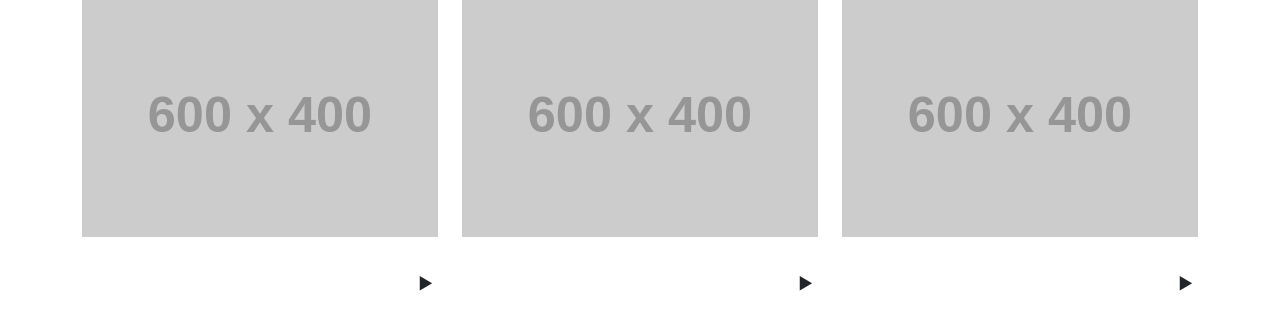
Repository: fbansept/ran4_24
Page: index.html
These files come from the project's save history. The page is drawn as it stood at one moment and after the next save; the edit follows.
The browser window is 1280 px wide. The pictures show the whole page.

Above is the page before, as saved 2024-10-14 11:22:50.

After the next save:
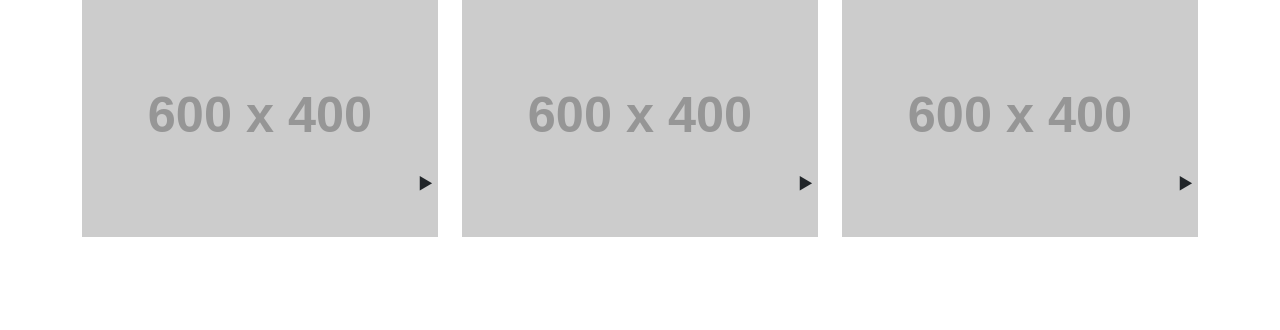
Saved 28 s later.
--- a/style.css
+++ b/style.css
@@ -1,7 +1,7 @@
 .container > .row > article > div {
   position: relative;
   width: 100%;
-  height: 300px;
+  height: 200px;
 }
 
 .container > .row > article > div > img {
